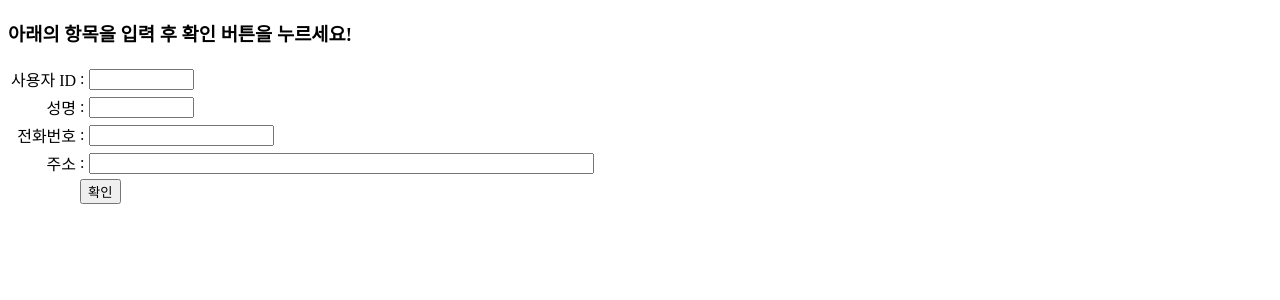
Repository: HyeogDo/Study_Java
Page: http://localhost/Quiz_04/insertLogin.jsp
These files come from the project's save history. The page is drawn as it stood at one moment and after the next save; the edit follows.
The browser window is 1280 px wide. The pictures show the whole page.
The page is served by Tomcat 9.

Above is the page before, as saved 2022-03-22 03:23:59.
Console error: SyntaxError: Unexpected token '}'

### Servlets/Quiz_04/src/main/webapp/insertLogin.jsp
<%@ page language="java" contentType="text/html; charset=UTF-8"
    pageEncoding="UTF-8"%>
<!DOCTYPE html>
<html>
	<head>
		<meta charset="UTF-8">
		<title>Insert title here</title>
	</head>
	<script type="text/javascript">
		function loginCheck() {
			var f = document.formLogin
			var regExpId = /^[a-z|A-Z|ㄱ-ㅎ|ㅏ-ㅣ|가-힣]/
			var regExpPasswd = /^[0-9]*$/
			var regExpName = /^[가-힣]*$/

			var id = f.userId.value
			if (id == ""){
				alert("아이디를 입력해 주세요")
				f.userId.select();
				return
			} else if (!regExpId.test(id)){
				alert("아이디는 문자로 시작해 주세요")
				f.userId.select();
				return
			}

			var name = f.userName.value
			if (name == ""){
				alert("이름을 입력해 주세요")
				f.userName.select();
				return
			}else if (!regExpName.test(f.userName.value)){
				alert("이름은 한글만 입력해주세요")
				f.userName.select();
				return
			}

			var

		}
	</script>
	<body>
		<h3><b>아래의 항목을 입력 후 확인 버튼을 누르세요!</b></h3>
		<form action="todbLogin.jsp" method="post" name="formLogin">
			<table>
				<tr>
					<td align="right">사용자 ID</td>
					<td> : <input type="text" name="userId" size="10"></td>
				</tr>
				<tr>
					<td align="right">성명</td>
					<td> : <input type="text" name="userName" size="10"></td>
				</tr>
				<tr>
					<td align="right">전화번호</td>
					<td> : <input type="text" name="userPhone" size="20"></td>
				</tr>
				<tr>
					<td align="right">주소</td>
					<td> : <input type="text" name="userAddress" size="60"></td>
				</tr>
				<tr>
					<td></td>
					<td><input type="button" value="확인" onclick="loginCheck()"></td>
				</tr>
			</table>

		</form>
	</body>
</html>

After the next save:
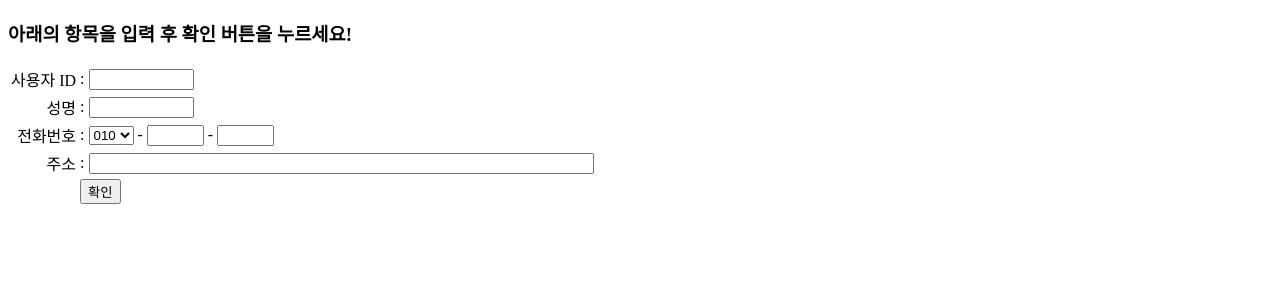
Saved 76 s later.
--- a/Servlets/Quiz_04/src/main/webapp/insertLogin.jsp
+++ b/Servlets/Quiz_04/src/main/webapp/insertLogin.jsp
@@ -53,7 +53,17 @@
 				</tr>
 				<tr>
 					<td align="right">전화번호</td>
-					<td> : <input type="text" name="userPhone" size="20"></td>
+					<td> : <select name="phone1">
+								<option value="010">010</option>
+								<option value="011">011</option>
+								<option value="016">016</option>
+								<option value="017">017</option>
+								<option value="018">018</option>
+								<option value="019">019</option>
+							</select>
+							- <input type="text" maxlength="4" size="4" name="phone2">
+							- <input type="text" maxlength="4" size="4" name="phone3">
+					</td>
 				</tr>
 				<tr>
 					<td align="right">주소</td>
